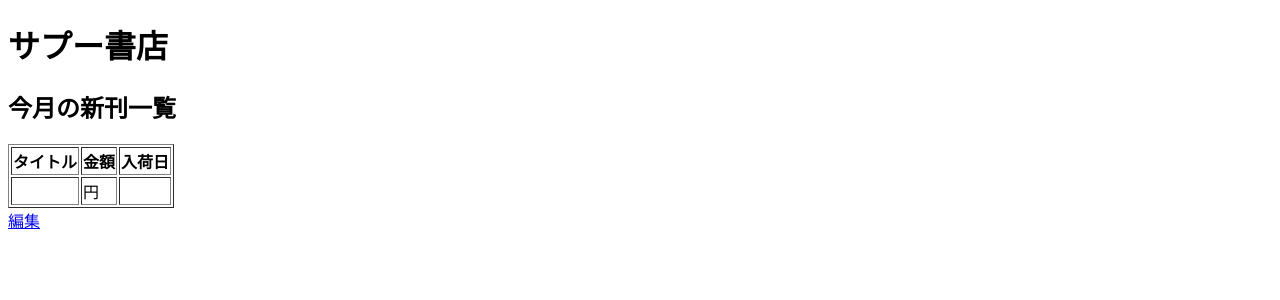
Repository: tom00ti/Vtuber_sapoo_flask
Page: http://localhost/
These files come from the project's save history. The page is drawn as it stood at one moment and after the next save; the edit follows.
The browser window is 1280 px wide. The pictures show the whole page.
The page is served by the project's application, run on Flask 3 (flaskr/app.py). The page reads the database file committed with the project.

Above is the page before, as saved 2024-12-22 12:39:52.

After the next save:
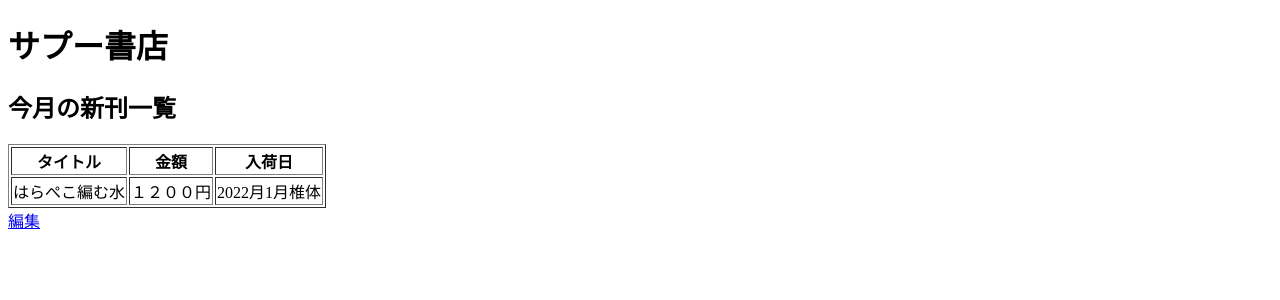
Saved 2 min 47 s later.
--- a/flaskr/app.py
+++ b/flaskr/app.py
@@ -35,7 +35,7 @@ def index():
 
     return render_template(
         'index.html',
-        books=db_books
+        books=books
     )
 
 @app.route('/form')
@@ -46,10 +46,10 @@ def form():
 def register():
     title = request.form['title']
     price = request.form['price']
-    arraival_day = request.form['arrival_day']
+    arrival_day = request.form['arrival_day']
 
     con = sqlite3.connect(DATABASE)
-    con = execute('INSERT INFO books VALUES(?,?,?)', [title, price, arraival_day])
+    con.execute('INSERT INTO books VALUES(?,?,?)', [title, price, arrival_day])
     con.commit()
     con.close()
     return redirect(url_for('index'))
